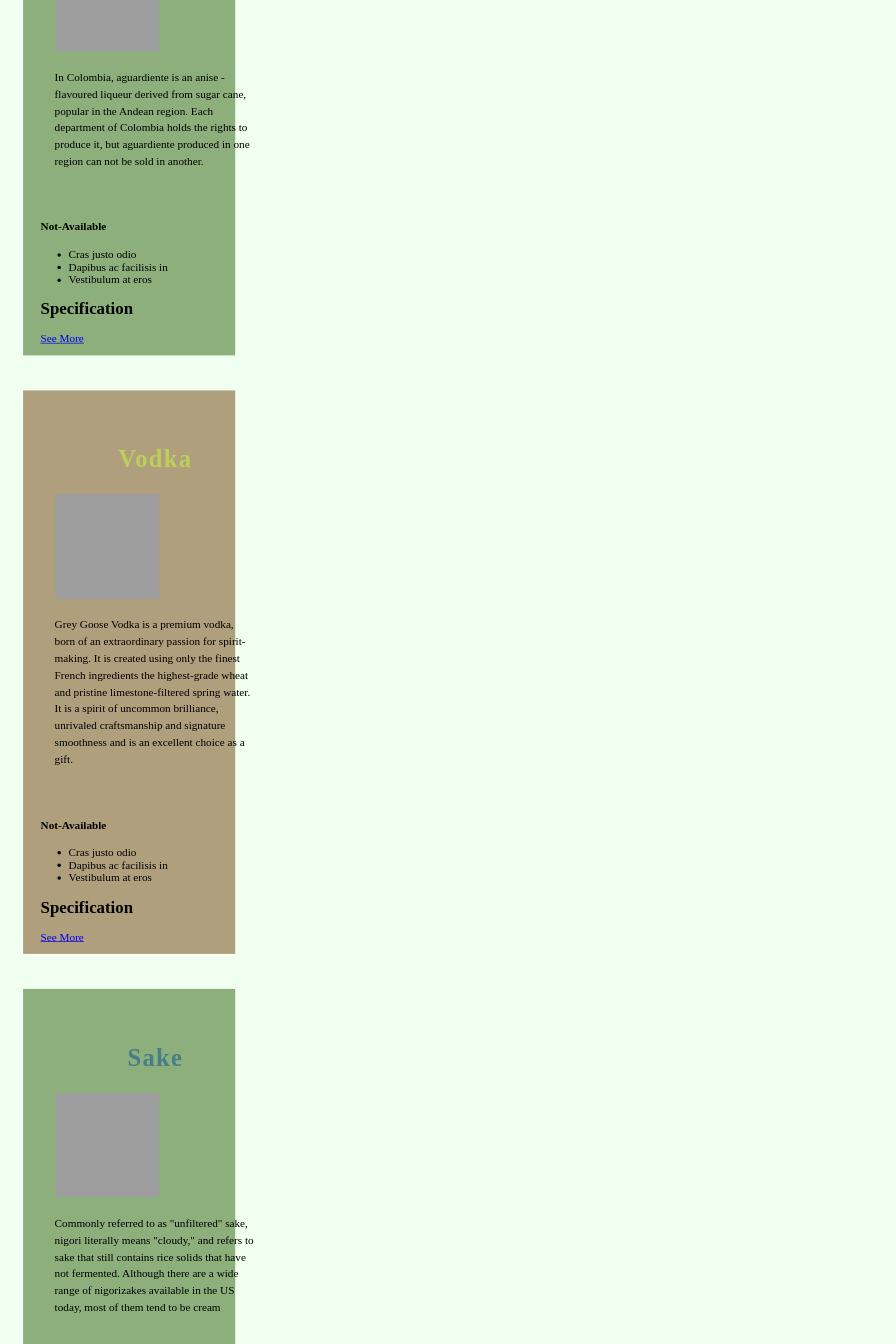
Repository: ZamlZam/REPO-11
Page: product-cards/index.html
The author's editor kept a copy of each file at every save. The page is drawn from the files as they stood at one save, then again after the next save.
The browser window is 1280 px wide. The pictures show the part of the page from y = 1824 to 3744 px (the page is 4002 px tall), at 70% of full size.
Pictures or frames that could not be fetched are drawn as grey boxes.

Above is the page before, as saved 2023-04-14 20:42:35.

After the next save:
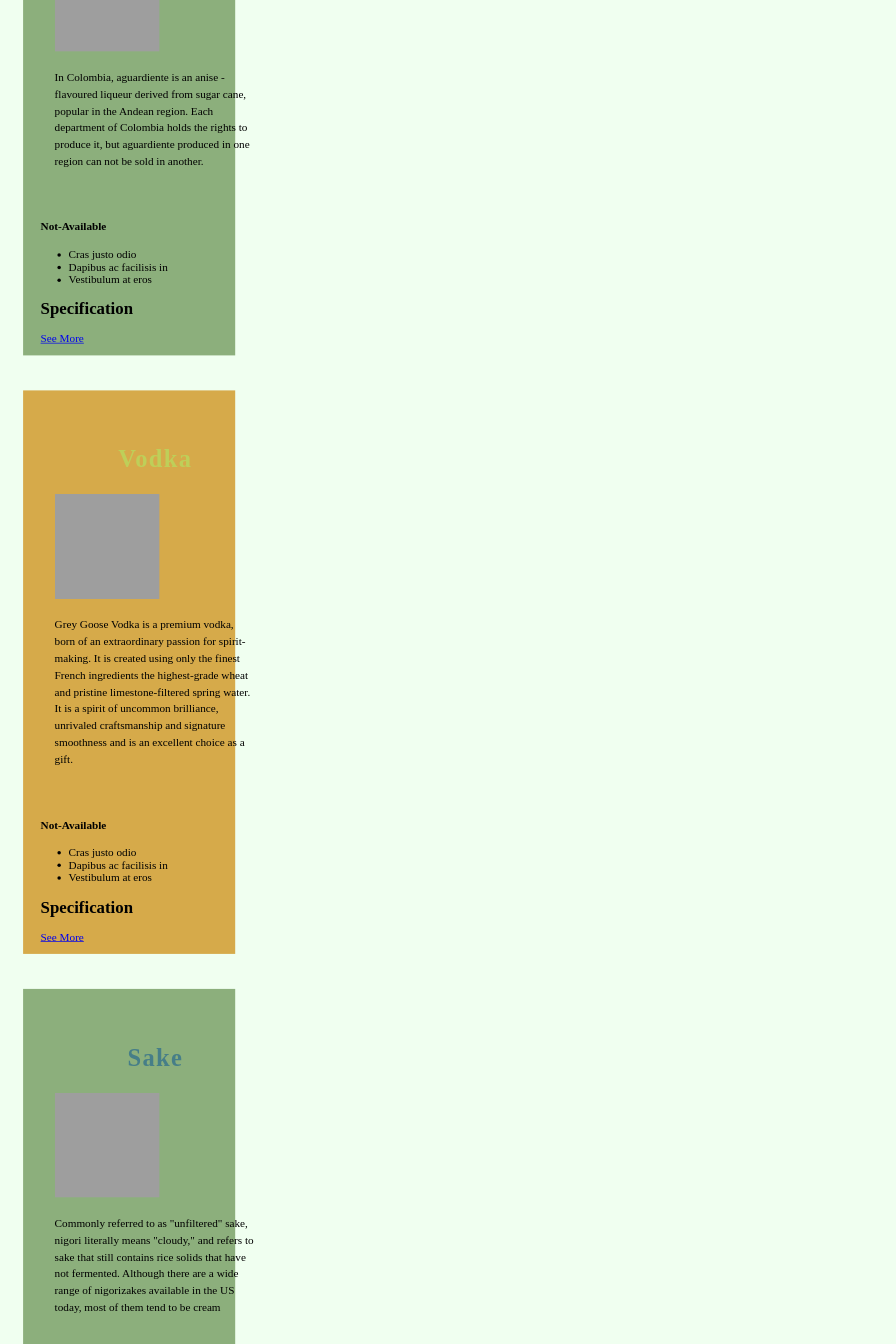
Saved 10 s later.
--- a/product-cards/main.css
+++ b/product-cards/main.css
@@ -173,7 +173,7 @@
 .card-wrap4 .card-item4 {
   padding: 15px 25px;
   width: 100%;
-  background-color:rgb(175, 159, 124);
+  background-color:rgb(214, 170, 74);
 }
 
 .card-wrap4 .card4 {
